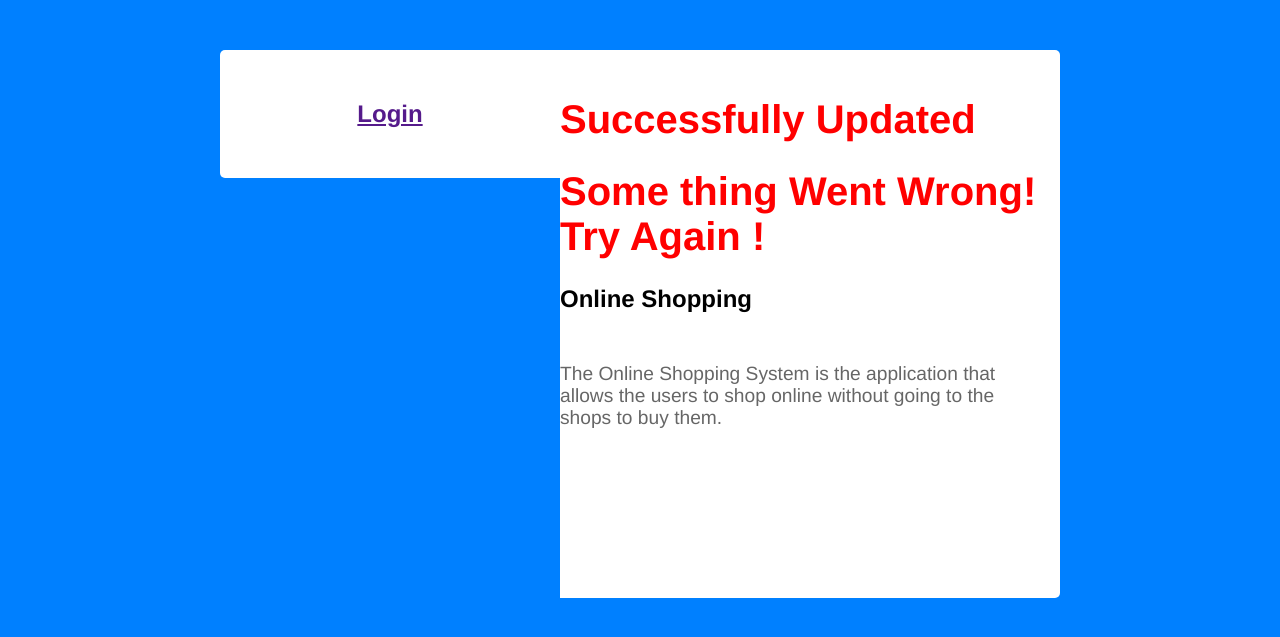
Repository: 0ritik0/Online_VCDS
Page: http://localhost/Online_VCDSystem/signup.jsp
These files come from the project's save history. The page is drawn as it stood at one moment and after the next save; the edit follows.
The browser window is 1280 px wide. The pictures show the whole page.
The page is served by Tomcat 9. Other server files are loaded and not shown.

Above is the page before, as saved 2022-04-12 07:25:33.

### Online_VCDSystem/Online_VCDSystem/WebContent/signup.jsp
<!DOCTYPE html>
<html>
<head>
<link rel="stylesheet" href="css/signup-style.css">
<title>Signup</title>
</head>
<body>
<div id='container'>
  <div class='signup'>

      <h2><a href="">Login</a></h2>
  </div>
  <div class='whysign'>

<h1>Successfully Updated</h1>


<h1>Some thing Went Wrong! Try Again !</h1>

    <h2>Online Shopping</h2>
    <p>The Online Shopping System is the application that allows the users to shop online without going to the shops to buy them.</p>
  </div>
</div>

</body>
</html>

### Online_VCDSystem/Online_VCDSystem/WebContent/css/signup-style.css
body {
  background-color: #0080FF;
  font: 1em Helvetica;
}

#container {
  width: 840px;
  margin: 25px auto;
  margin-top: 50px;
}

.whysign {
  float: left;
  background-color: white;
  width: 480px;
  height: 528px;
  border-radius: 0 5px 5px 0;
  padding-top: 20px;
  padding-right: 20px;
}
.whysignLogin
{
	float: left;
  background-color: white;
  width: 480px;
  height: 347px;
  border-radius: 0 5px 5px 0;
  padding-top: 20px;
  padding-right: 20px;
}
.whyforgotPassword
{
	float: left;
  background-color: white;
  width: 480px;
  height: 470px;
  border-radius: 0 5px 5px 0;
  padding-top: 20px;
  padding-right: 20px;
}
.signup {
  float: left;
  width: 300px;
  padding: 30px 20px;
  background-color: white;
  text-align: center;
  border-radius: 5px 0 0 5px;
}


[type=text],[type=email],[type=number],[type=password],select,option {
  display: block;
  margin: 0 auto;
  width: 80%;
  border: 0;
  border-bottom: 1px solid rgba(0,0,0,.2);
  height: 45px;
  line-height: 45px;
  margin-bottom: 10px;
  font-size: 1em;
  color: black;
}

[type=submit] {
  margin-top: 25px;
  width: 80%;
  border: 0;
  background-color: #0080FF;
  border-radius: 5px;
  height: 50px;
  color: white;
  font-weight: 400;
  font-size: 1em;
}

[type='text']:focus {
  outline: none;
  border-color: #53CACE;
}

h1 {
  color: red;
  font-weight: 900;
  font-size: 2.5em;
}

p {
  color: rgba(0,0,0,.6);
  font-size: 1.2em;
  margin: 50px 0 50px 0;
}

span {
  font-size: .75em;
  background-color: white;
  padding: 2px 5px;
  color: rgba(0,0,0,.6);
  border-radius: 2px;
  box-shadow: 1px 1px 1px rgba(0,0,0,.3);
  margin: 5px;
}

span:hover {
  color: #53CACE;
}

p:nth-of-type(2) {
  font-size: 1em;
}

After the next save:
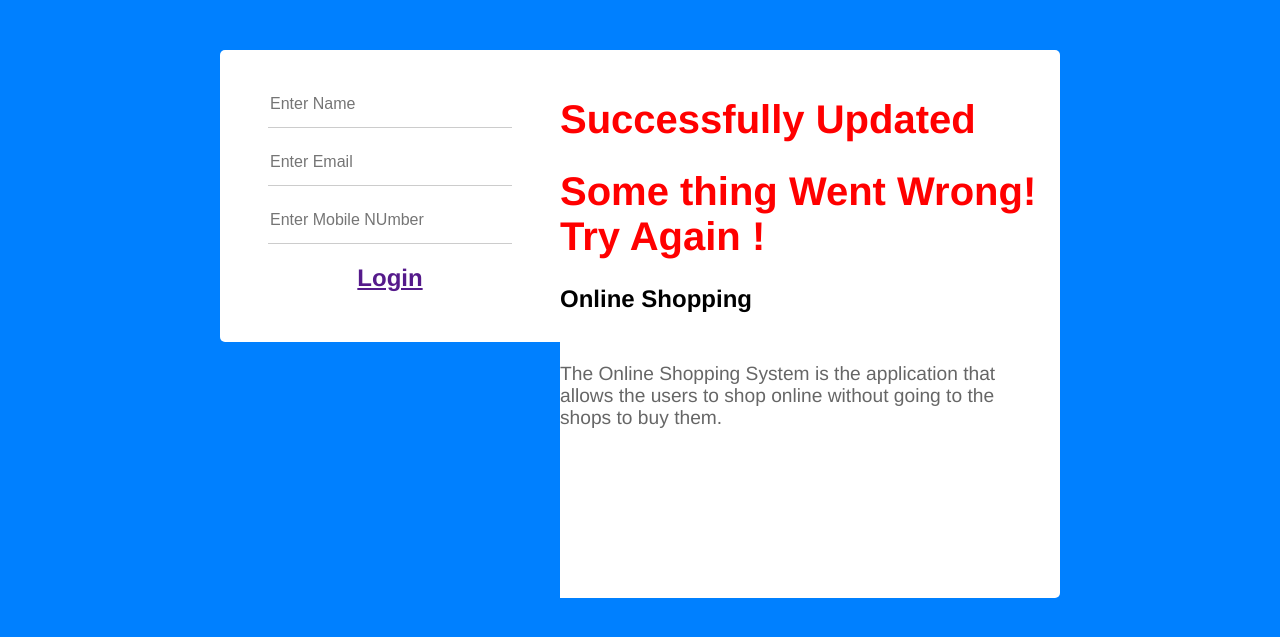
Saved 2 min 59 s later.
--- a/Online_VCDSystem/Online_VCDSystem/WebContent/signup.jsp
+++ b/Online_VCDSystem/Online_VCDSystem/WebContent/signup.jsp
@@ -7,7 +7,14 @@
 <body>
 <div id='container'>
   <div class='signup'>
+    <form action="" method="post">
+    <input type="text" name="name" placeholder="Enter Name" required>
+    <input type="email" name="email" placeholder="Enter Email" required>
+    <input type="number" name="mobilenumber" placeholder="Enter Mobile NUmber" required>
 
+
+
+    </form>
       <h2><a href="">Login</a></h2>
   </div>
   <div class='whysign'>
